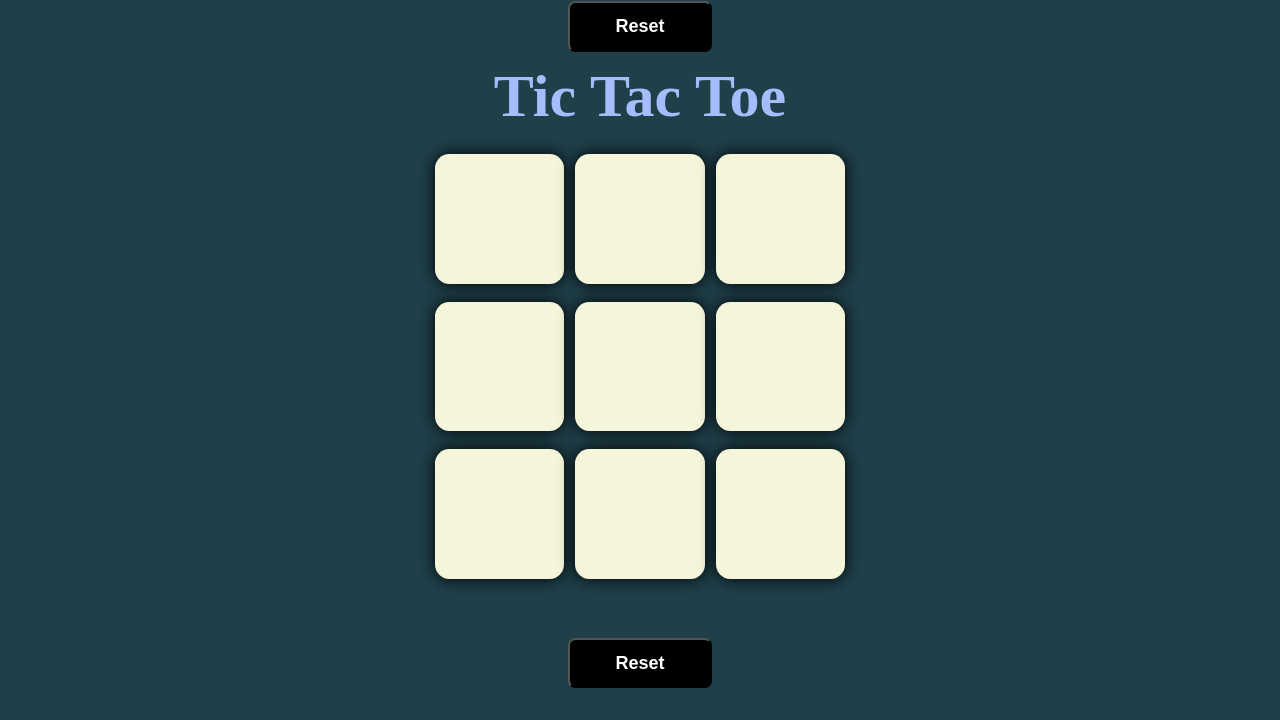
Repository: AreezAnsari/Tic-Tac-Toe
Page: Game/Game.html
An editor plug-in stored every save of this project. The page is shown before and after the next save, followed by the edit.
The browser window is 1280 px wide. The pictures show the whole page.

Above is the page before, as saved 2025-06-01 15:29:59.
Console error: TypeError: box.addEventListener is not a function

### Game/Game.html
<!DOCTYPE html>
<html lang="en">
<head>
    <meta charset="UTF-8">
    <meta name="viewport" content="width=device-width, initial-scale=1.0">
    <title>Document</title>
    <link rel="stylesheet" href="Game.css">
</head>
<body>
    <div class="msg-container">
        <p class="msg">Winner</p>
        <button class="reset-btn">Reset</button>
    </div>
    <main>
        <h1>Tic Tac Toe</h1>
    <div class="container">
        <div class="game">
        <button class="box"></button>
        <button class="box"></button>
        <button class="box"></button>
        <button class="box"></button>
        <button class="box"></button>
        <button class="box"></button>
        <button class="box"></button>
        <button class="box"></button>
        <button class="box"></button>
        </div>
        </div>
        <button class="reset-btn">Reset</button>
    </main>
    <script src="Game.js"></script>
</body>
</html>

### Game/Game.css
*{
    margin: 0;
    padding: 0;
}

body{
    text-align: center;
    background-color: #1F3F49;
}
h1{
    color: #A4BDFC;
    margin-top: 10px;
    padding-bottom: 20px;
    font-size: 60px;
}
.container{
    text-align: center;
    height: 70vh;
    display: flex;
    justify-content: center;
}
.game
{
    height: 60vmin;
    width: 60vmin;
    gap: 1.5vmin;
    display: flex;
    flex-wrap: wrap;
    align-items: center;
    justify-content: center;
}
.box{
    color: black;
    background-color: beige;
    height: 18vmin;
    width: 18vmin;
    font-weight: bolder;
    font-size: xxx-large;
    border: none;
    border-radius: 2vmin;
    box-shadow: 0 0 1rem rgb(0, 0, 1);
}
.box:hover {
  color: #ff0000;
  transform: translateY(-2px);
}
.box:active {
transform: scale(0.98);
}
.reset-btn{
    margin-top: -10vmin;
    align-items: center;
    padding: 1vmin;
    font-size: 2.5vmin;
    font-weight: bold;
    background-color: black;
    color: white;
    border-radius: 1vmin;
    width: 20vmin;
    height: 7vmin;
}
.reset-btn:hover {
  color: red;
  transform: translateY(-2px);
}
.reset-btn:active {
transform: scale(0.98);
}

### Game/Game.js
let box = document.querySelectorAll(".box");
let button = document.querySelector("button");
let container = document.querySelector(".container");

let value = "X";

const btn = () => {
  if (value === "X") {
    button.innerHTML = "Y";
    Value = "Y";
  } else {
    button.innerText = "X";
    Value = "X";
  }
};

box.addEventListener("click", btn);

After the next save:
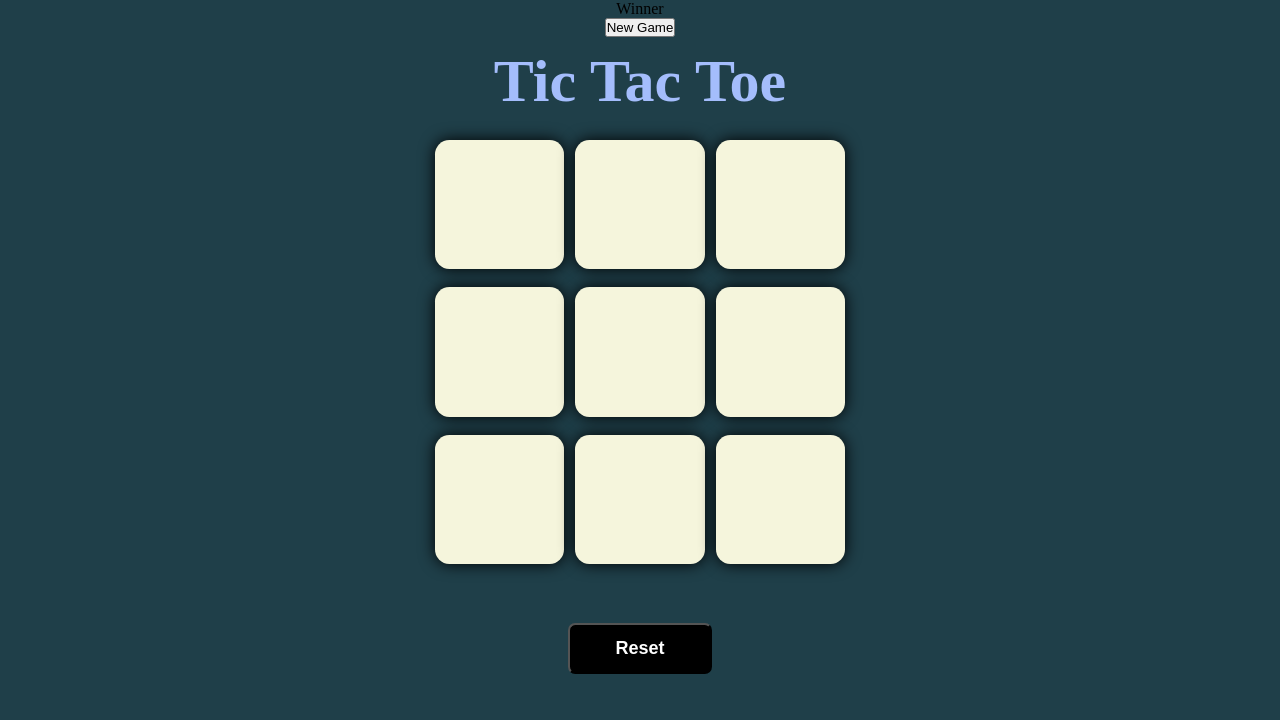
Saved 9 s later.
--- a/Game/Game.html
+++ b/Game/Game.html
@@ -9,7 +9,7 @@
 <body>
     <div class="msg-container">
         <p class="msg">Winner</p>
-        <button class="reset-btn">Reset</button>
+        <button class="new-btn">New Game</button>
     </div>
     <main>
         <h1>Tic Tac Toe</h1>

After the save that followed:
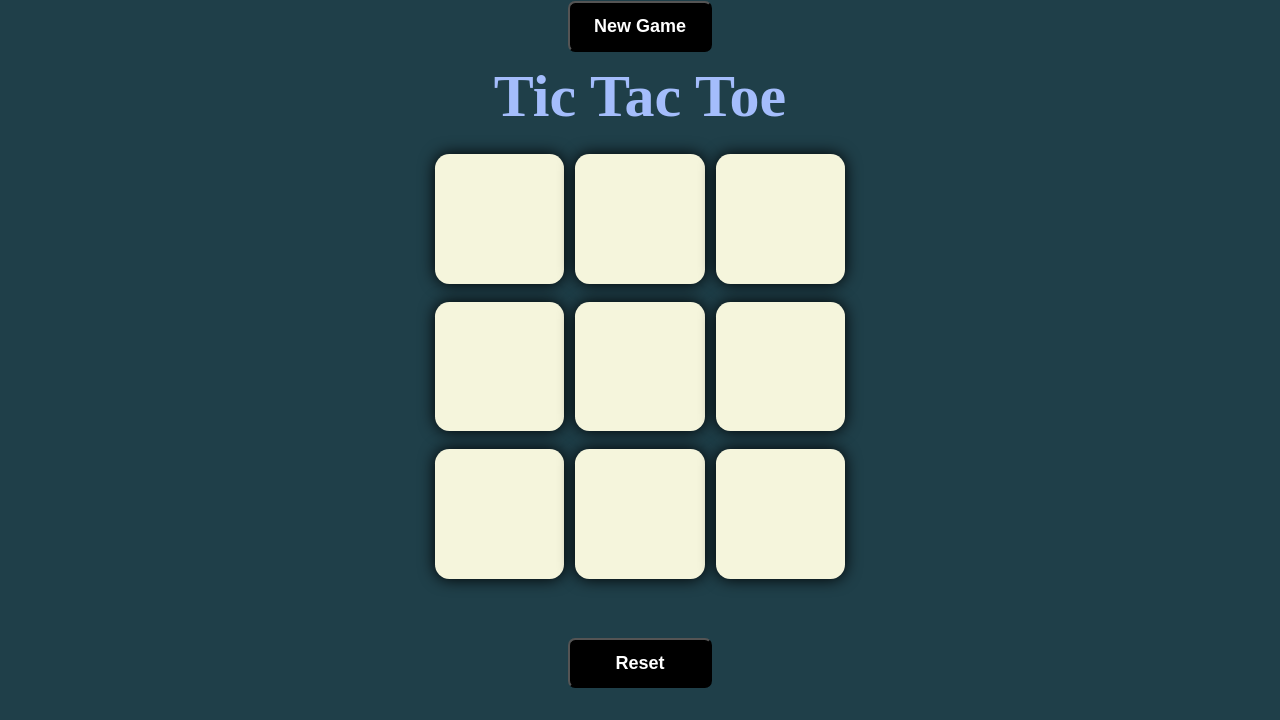
Saved 21 s later.
--- a/Game/Game.css
+++ b/Game/Game.css
@@ -66,3 +66,23 @@
 .reset-btn:active {
 transform: scale(0.98);
 }
+
+.new-btn{
+    margin-top: -10vmin;
+    align-items: center;
+    padding: 1vmin;
+    font-size: 2.5vmin;
+    font-weight: bold;
+    background-color: black;
+    color: white;
+    border-radius: 1vmin;
+    width: 20vmin;
+    height: 7vmin;
+}
+.new-btn:hover {
+  color: red;
+  transform: translateY(-2px);
+}
+.new-btn:active {
+transform: scale(0.98);
+}
